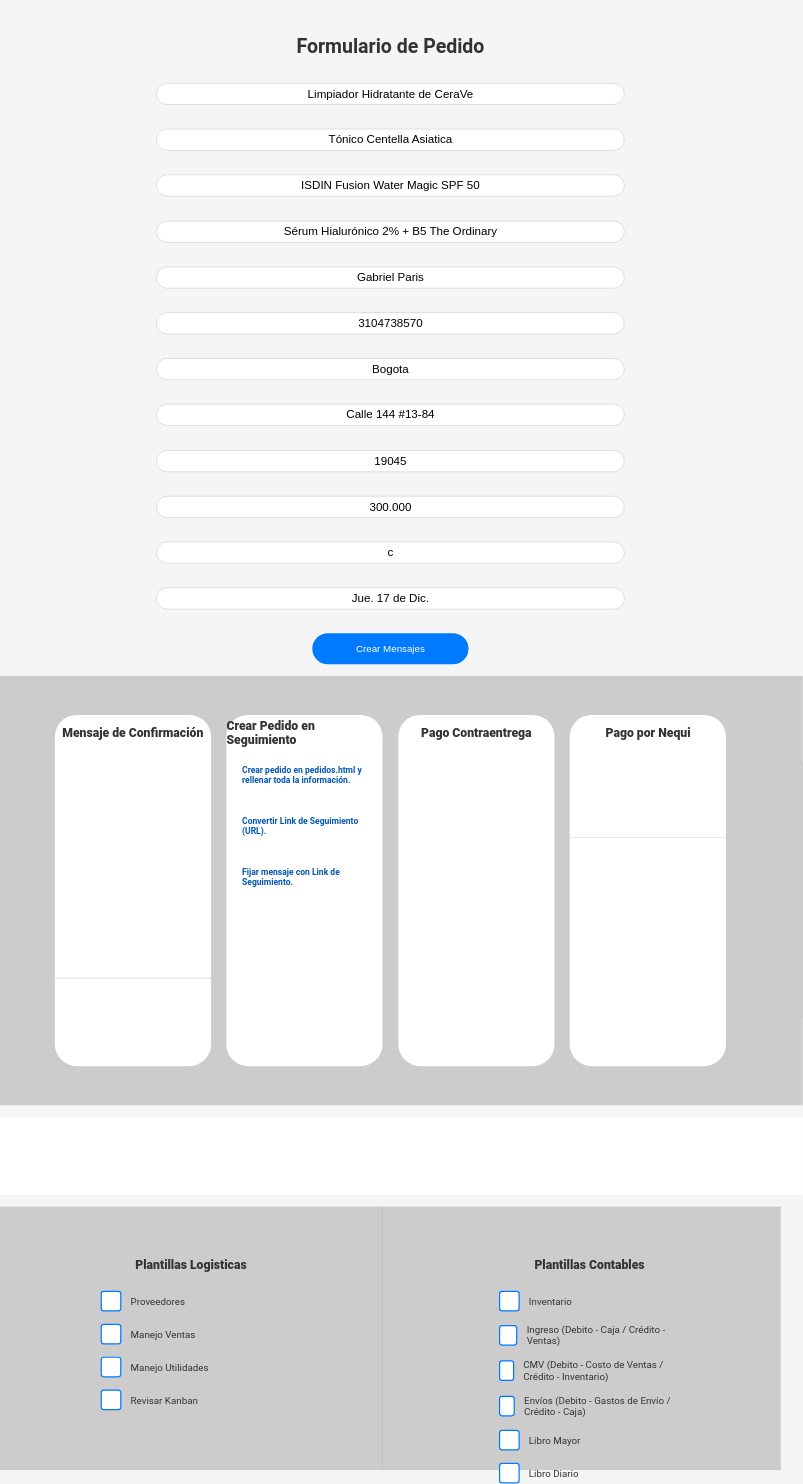
Repository: aCoupon0/intranet
Page: 1/venta-1.html
An editor plug-in stored every save of this project. The page is shown before and after the next save, followed by the edit.
The browser window is 1280 px wide. The page is 1316 px wide, so the pictures cover 1316 px, including what lies to the right of the window. The pictures show the whole page, at 61% of full size.

Above is the page before, as saved 2024-12-09 16:23:32.

### 1/venta-1.html
<!DOCTYPE html>
<html lang="es">

<head>
    <meta charset="UTF-8">
    <meta name="viewport" content="width=device-width, initial-scale=1.0">
    <title>Intranet DermaBox</title>
    <link rel="stylesheet" href="../css/venta.css">
</head>

<body>
    <h1>Formulario de Pedido</h1>

    <!-- Inputs para los productos -->
    <input type="text" id="input-limpiador" class="input-texto" placeholder="Limpiador" value="Limpiador Hidratante de CeraVe">
    <input type="text" id="input-hidratante" class="input-texto" placeholder="Hidratante" value="Tónico Centella Asiatica">
    <input type="text" id="input-bloqueador" class="input-texto" placeholder="Bloqueador" value="ISDIN Fusion Water Magic SPF 50">
    <input type="text" id="input-potenciador" class="input-texto" placeholder="Potenciador" value="Sérum Hialurónico 2% + B5 The Ordinary">

    <!-- Inputs para los datos del cliente -->
    <input type="text" id="input-nombre" class="input-texto" placeholder="Nombre" value="Gabriel Paris">
    <input type="text" id="input-celular" class="input-texto" placeholder="Celular" value="3104738570">
    <input type="text" id="input-ciudad" class="input-texto" placeholder="Ciudad" value="Bogota">
    <input type="text" id="input-direccion" class="input-texto" placeholder="Dirección" value="Calle 144 #13-84">

    <!-- Inputs para código, cobro y método -->
    <input type="text" id="input-codigo" class="input-texto" placeholder="Código" value="19045">
    <input type="text" id="input-cobro" class="input-texto" placeholder="Cobro" value="300.000">
    <input type="text" id="input-metodo" class="input-texto" placeholder="Método de Pago" value="c">
    <input type="text" id="input-fecha" class="input-texto" placeholder="Fecha de Llegada" value="Jue. 17 de Dic.">

    <!-- Botón para enviar -->
    <button id="boton-enviar" class="boton-enviar">Crear Mensajes</button>

    <div class="primera-fase">
        <div class="section-dual">
            <div class="section-dual-title">Mensaje de Confirmación</div>
            <div class="section-dual-1"></div>
            <div class="section-dual-2"></div>
        </div>
        <div class="section-dual">
            <div class="section-dual-title">Crear Pedido en Seguimiento</div>
            <div class="section-dual-instruction">Crear pedido en pedidos.html y rellenar toda la información.</div>
            <div class="section-dual-instruction">Convertir Link de Seguimiento (URL).</div>
            <div class="section-dual-instruction">Fijar mensaje con Link de Seguimiento.</div>
        </div>
        <div class="section-dual">
            <div class="section-dual-title">Pago Contraentrega</div>
            <div class="section-dual-3"></div>
        </div>
        <div class="section-dual">
            <div class="section-dual-title">Pago por Nequi</div>
            <div class="section-dual-4"></div>
            <div class="section-dual-5"></div>
        </div>

    </div>

    <div class="segunda-fase">

    </div>

    <div class="tercera-fase">
        <div class="tercera-fase-1">
            <p class="tercera-title">Plantillas Logisticas</p>
            <div class="instruccion-logistica">
                <div class="checkbox" onclick="toggleCheckbox(this)"></div>
                <div class="instruccion">Proveedores</div>
            </div>
            <div class="instruccion-logistica">
                <div class="checkbox" onclick="toggleCheckbox(this)"></div>
                <div class="instruccion">Manejo Ventas</div>
            </div>
            <div class="instruccion-logistica">
                <div class="checkbox" onclick="toggleCheckbox(this)"></div>
                <div class="instruccion">Manejo Utilidades</div>
            </div>
            <div class="instruccion-logistica">
                <div class="checkbox" onclick="toggleCheckbox(this)"></div>
                <div class="instruccion">Revisar Kanban</div>
            </div>
        </div>
        <div class="tercera-fase-2">
            <p class="tercera-title">Plantillas Contables</p>
            <div class="instruccion-logistica">
                <div class="checkbox" onclick="toggleCheckbox(this)"></div>
                <div class="instruccion">Inventario</div>
            </div>
            <div class="instruccion-logistica">
                <div class="checkbox" onclick="toggleCheckbox(this)"></div>
                <div class="instruccion">Ingreso (Debito - Caja  /  Crédito - Ventas)</div>
            </div>
            <div class="instruccion-logistica">
                <div class="checkbox" onclick="toggleCheckbox(this)"></div>
                <div class="instruccion">CMV (Debito - Costo de Ventas  /  Crédito - Inventario)</div>
            </div>
            <div class="instruccion-logistica">
                <div class="checkbox" onclick="toggleCheckbox(this)"></div>
                <div class="instruccion">Envíos (Debito - Gastos de Envío  /  Crédito - Caja)</div>
            </div>
            <div class="instruccion-logistica">
                <div class="checkbox" onclick="toggleCheckbox(this)"></div>
                <div class="instruccion">Libro Mayor</div>
            </div>
            <div class="instruccion-logistica">
                <div class="checkbox" onclick="toggleCheckbox(this)"></div>
                <div class="instruccion">Libro Diario</div>
            </div>
        </div>
    </div>

    <script src="../js/ventas-shared.js"></script>
</body>

</html>

### css/venta.css
body {
    font-family: 'Roboto', system-ui, -apple-system, BlinkMacSystemFont, 'Segoe UI', sans-serif;
    margin: 0;
    padding: 0;
    display: flex;
    justify-content: center;
    align-items: center;
    height: auto;
    flex-direction: column;
    background-color: #f5f5f5;
    color: #333;
    gap: 1.5vw;
    padding-top: 5vh;
}

input {
    width: 60vw; /* Ocupa el 80% del ancho del contenedor */
    height: 5vh; /* Altura dinámica según el viewport */
    padding: 5px;
    font-size: 19px;
    border: 1px solid #ccc;
    border-radius: 5vw;
    margin-bottom: 20px; /* Separación del botón */
    box-sizing: border-box;
    text-align: center;
}

.boton-enviar {
    width: 20%; /* Mismo ancho que el input */
    padding: 10px;
    height: 7vh; /* Misma altura que el input */
    font-size: 1rem;
    background-color: #007BFF;
    color: white;
    border: none;
    border-radius: 5vw;
    cursor: pointer;
    transition: background-color 0.3s;
    text-align: center;
}

.boton-enviar:hover {
    background-color: #0056b3;
}


.primera-fase {
    width: 100%;
    height: auto;
    padding: 5% 5vh 5% 5vh;
    display: flex;
    justify-content: center;
    align-content: center;
    background-color: #ccc;
    flex-direction: row;
    gap: 2%;
}

.section-dual {
    width: 20%;
    height: 80vh;
    border-radius: 5vh;
    display: flex;
    flex-direction: column;
    background-color: #ffffff;
    justify-content: flex-start;
    align-items: center;
}

.section-dual-title {
    width: 100%;
    height: 10%;
    display: flex;
    justify-content: center;
    align-items: center;
    font-size: 20px;
    font-weight: 800;
}

.section-dual-instruction {
    width: 100%;
    height: auto;
    display: flex;
    justify-content: flex-start;
    align-items: center;
    font-size: 14px;
    font-weight: 600;
    padding: 10%;
    box-sizing: border-box;
    color: #0056b3;
}

.section-dual-1 {
    width: 100%;
    height: 65%;
    border-bottom: 1px solid rgba(128, 128, 128, 0.339);
    display: flex;
    justify-content: flex-start;
    align-items: center;
    text-align: left;
    box-sizing: border-box;
    font-size: 13px;
    font-weight: 400;
    padding: 5%;
}


.section-dual-2 {
    width: 100%;
    height: 25%;
    display: flex;
    justify-content: flex-start;
    align-items: center;
    text-align: left;
    box-sizing: border-box;
    font-size: 13px;
    font-weight: 400;
    padding: 5%;
}

.section-dual-3 {
    width: 100%;
    height: 75%;
    display: flex;
    justify-content: flex-start;
    align-items: center;
    text-align: left;
    flex-direction: column;
    box-sizing: border-box;
    font-size: 13px;
    font-weight: 400;
    padding: 5%;
}

.section-dual-4 {
    width: 100%;
    height: 25%;
    border-bottom: 1px solid rgba(128, 128, 128, 0.339);
    display: flex;
    justify-content: flex-start;
    align-items: center;
    text-align: left;
    box-sizing: border-box;
    font-size: 13px;
    font-weight: 400;
    padding: 5%;
}


.section-dual-5 {
    width: 100%;
    height: 65%;
    display: flex;
    justify-content: flex-start;
    align-items: center;
    text-align: left;
    box-sizing: border-box;
    font-size: 13px;
    font-weight: 400;
    padding: 5%;
    flex-direction: column;
}


.segunda-fase {
    width: 100%;
    height: auto;
    padding: 5% 5vh 5% 5vh;
    display: flex;
    justify-content: center;
    align-content: center;
    background-color: #ffffff;
    flex-direction: column;
}

.producto-item {
    display: flex;
    align-items: center;
    justify-content: center;
    width: 100%;
    height: auto;
    padding: 3% 10% 3% 10%;
    box-sizing: border-box;
}

.producto-checkbox {
    width: 50px; /* Tamaño de la checkbox */
    height: 50px; /* Tamaño de la checkbox */
    cursor: pointer; /* Cambia el cursor para indicar interactividad */
    display: flex;
    justify-content: center;
    align-items: center;
}

.producto-checkbox input[type="checkbox"] {
    width: 25px; /* Ancho del área del checkbox */
    height: 25px; /* Alto del área del checkbox */
    cursor: pointer; /* Cambia el cursor para indicar interactividad */
    accent-color: #007BFF; /* Cambia el color del checkbox (en navegadores compatibles) */
    margin-right: 10px; /* Espacio entre el checkbox y el texto */
}

.producto-item span {
    font-size: 18px; /* Tamaño del texto */
    line-height: 1.5; /* Espaciado para mejor lectura */
    font-weight: 800; /* Peso de la fuente para hacerla más visible */
    color: #333; /* Color del texto */
    font-size: 30px;
}




.tercera-fase {
    width: 100%;
    height: auto;
    display: flex;
    justify-content: center;
    align-content: center;
    flex-direction: row;
    background-color: #ccc;
    flex-direction: row;
    gap: 2%;
}


.tercera-fase-1 {
    width: 50%;
    height: 60vh;
    border-right: 1px solid rgb(184, 184, 184);
    display: flex;
    justify-content: flex-start;
    align-items: center;
    flex-direction: column;
    padding: 5% 10% 5% 10%;
    box-sizing: border-box;
    text-align: left;
}

.tercera-fase-2 {
    width: 50%;
    height: 60vh;
    display: flex;
    justify-content: flex-start;
    align-items: center;
    flex-direction: column;
    padding: 5% 10% 5% 10%;
    box-sizing: border-box;
    text-align: left;
}

.tercera-title {
    font-size: 20px;
    font-weight: 800;
}


.instruccion-logistica {
    display: flex; /* Alinea los elementos horizontalmente */
    align-items: center; /* Centra los elementos verticalmente */
    width: 80%; /* Ancho del contenedor */
    height: auto; /* Altura automática */
    margin: 10px 0; /* Espaciado vertical */
}

/* Checkbox personalizado */
.checkbox {
    width: 30px; /* Tamaño del checkbox */
    height: 30px;
    background-color: white; /* Color inicial (blanco) */
    border: 2px solid #007BFF; /* Borde azul */
    border-radius: 5px; /* Bordes redondeados */
    cursor: pointer; /* Cambia el cursor al pasar por encima */
    margin-right: 15px; /* Espaciado respecto al texto */
    transition: background-color 0.3s ease; /* Animación al cambiar el color */
}

/* Instrucción a la derecha */
.instruccion {
    font-size: 16px; /* Tamaño de fuente */
    color: #333; /* Color del texto */
}

### js/ventas-shared.js
document.getElementById("boton-enviar").addEventListener("click", () => {
    const nombre = document.getElementById("input-nombre").value.trim();
    const codigo = document.getElementById("input-codigo").value.trim();
    const limpiador = document.getElementById("input-limpiador").value.trim();
    const hidratante = document.getElementById("input-hidratante").value.trim();
    const bloqueador = document.getElementById("input-bloqueador").value.trim();
    const potenciador = document.getElementById("input-potenciador").value.trim();
    const ciudad = document.getElementById("input-ciudad").value.trim();
    const direccion = document.getElementById("input-direccion").value.trim();
    const cobro = document.getElementById("input-cobro").value.trim();

    // Construir el mensaje con saltos de línea en HTML
    let mensaje = `Hola *${nombre}*.<br><br>Gracias por tu compra en DermaBox. Tu pedido *#${codigo}* ha sido confirmado y está en preparación.<br><br>Por favor confirma los siguientes datos:<br><br>*Pedido*<br>`;

    if (limpiador) mensaje += ` - *${limpiador}*<br>`;
    if (hidratante) mensaje += ` - *${hidratante}*<br>`;
    if (bloqueador) mensaje += ` - *${bloqueador}*<br>`;
    if (potenciador) mensaje += ` - *${potenciador}*<br>`;
    if (cobro) mensaje += ` - *${cobro}*<br>`;

    mensaje += `<br>*Información del Cliente*<br>`;
    if (nombre) mensaje += ` - *${nombre}*<br>`;
    if (ciudad) mensaje += ` - *${ciudad}*<br>`;
    if (direccion) mensaje += ` - *${direccion}*<br>`;


    // Mostrar el mensaje en el div correspondiente
    const sectionDual1 = document.querySelector(".section-dual-1");
    sectionDual1.innerHTML = mensaje; // Asignar el HTML con saltos de línea


    // Construir el mensaje para section-dual-2
    const mensaje2 = `Para hacer el envío necesitamos los siguientes datos:<br><br> - Número de cédula<br> - Detalles de dirección (Casa, Conjunto, Edificio...)<br>`;

    // Mostrar el mensaje en section-dual-2
    const sectionDual2 = document.querySelector(".section-dual-2");
    sectionDual2.innerHTML = mensaje2;



    const metodoPago = document.querySelector("#input-metodo").value;
    const fechaLlegada = document.querySelector("#input-fecha").value; // Asegúrate de que esta variable obtenga el input correcto para la fecha.
    const linkSeguimiento = "https://tu-link-de-seguimiento.com"; // Proporciona aquí el link de seguimiento.

    if (metodoPago === "n") {
        // Rellenar section-dual-4
        const sectionDual4 = document.querySelector(".section-dual-4");
        sectionDual4.innerHTML = `
            Perfecto!<br>
            Indicaste que preferías el pago por Nequi, aquí tienes los datos para realizar el envío:
        `;

        // Rellenar section-dual-5
        const sectionDual5 = document.querySelector(".section-dual-5");
        sectionDual5.innerHTML = `
            Super!<br>
            Tu DermaBox está en camino y llegará aproximadamente el *${fechaLlegada}*. Aquí está el
            <a href="${linkSeguimiento}" target="_blank">*Link de Seguimiento*</a>.<br>
            Aquí puedes revisar nuevamente cómo aplicar tu rutina, acceder al *Qué Hacer Hoy* y muchas más cosas.<br>
            Dicho esto, muchas gracias por confiar en nosotros. Estaremos atentos a cualquier pregunta que puedas tener.<br>
            Y no te olvides de seguir las precauciones recomendadas.<br>
            ¡Hasta Pronto!
        `;
    } else if (metodoPago === "c") {
        // Rellenar section-dual-5
        const sectionDual3 = document.querySelector(".section-dual-3");
        sectionDual3.innerHTML = `
            Super!<br>
            Tu DermaBox está en camino y llegará aproximadamente el *${fechaLlegada}*.<br>
            Recuerda tener el dinero preparado o dejarlo en casa si no estarás presente al momento de la entrega.<br>
            Aquí está el <a href="${linkSeguimiento}" target="_blank">Link de Seguimiento</a>, aquí puedes revisar nuevamente la rutina, acceder al *Qué Hacer Hoy* y muchas más cosas.<br>
            Dicho esto, muchas gracias por confiar en nosotros. Estaremos atentos a cualquier pregunta que puedas tener.<br>
            ¡Hasta Pronto!
        `;
    }





    const segundaFase = document.querySelector(".segunda-fase");
    segundaFase.innerHTML = ""; // Limpia el contenido existente antes de agregar la lista.

    // Inputs de los productos
    const productos = [
        { id: "input-limpiador", nombre: "Limpiador" },
        { id: "input-hidratante", nombre: "Hidratante" },
        { id: "input-bloqueador", nombre: "Bloqueador" },
        { id: "input-potenciador", nombre: "Potenciador" },
    ];

    // Crear una lista dinámica
    productos.forEach(producto => {
        const valor = document.querySelector(`#${producto.id}`).value.trim();

        if (valor) {
            // Crear un contenedor para cada item
            const itemContainer = document.createElement("div");
            itemContainer.className = "producto-item";
            itemContainer.style.display = "flex";
            itemContainer.style.alignItems = "center";
            itemContainer.style.marginBottom = "8px";

            // Crear la checkbox
            const checkbox = document.createElement("input");
            checkbox.type = "checkbox";
            checkbox.className = "producto-checkbox";
            checkbox.style.marginRight = "10px";

            // Crear el texto del producto
            const texto = document.createElement("span");
            texto.textContent = valor;

            // Agregar checkbox y texto al contenedor
            itemContainer.appendChild(checkbox);
            itemContainer.appendChild(texto);

            // Agregar el contenedor a la segunda-fase
            segundaFase.appendChild(itemContainer);
        }
    });
});



// Función para alternar el color del checkbox
function toggleCheckbox(element) {
    // Cambia el color del fondo según el estado actual
    if (element.style.backgroundColor === "rgb(0, 123, 255)") {
        element.style.backgroundColor = "white"; // Vuelve al color blanco
    } else {
        element.style.backgroundColor = "#007BFF"; // Cambia al azul
    }
}

After the next save:
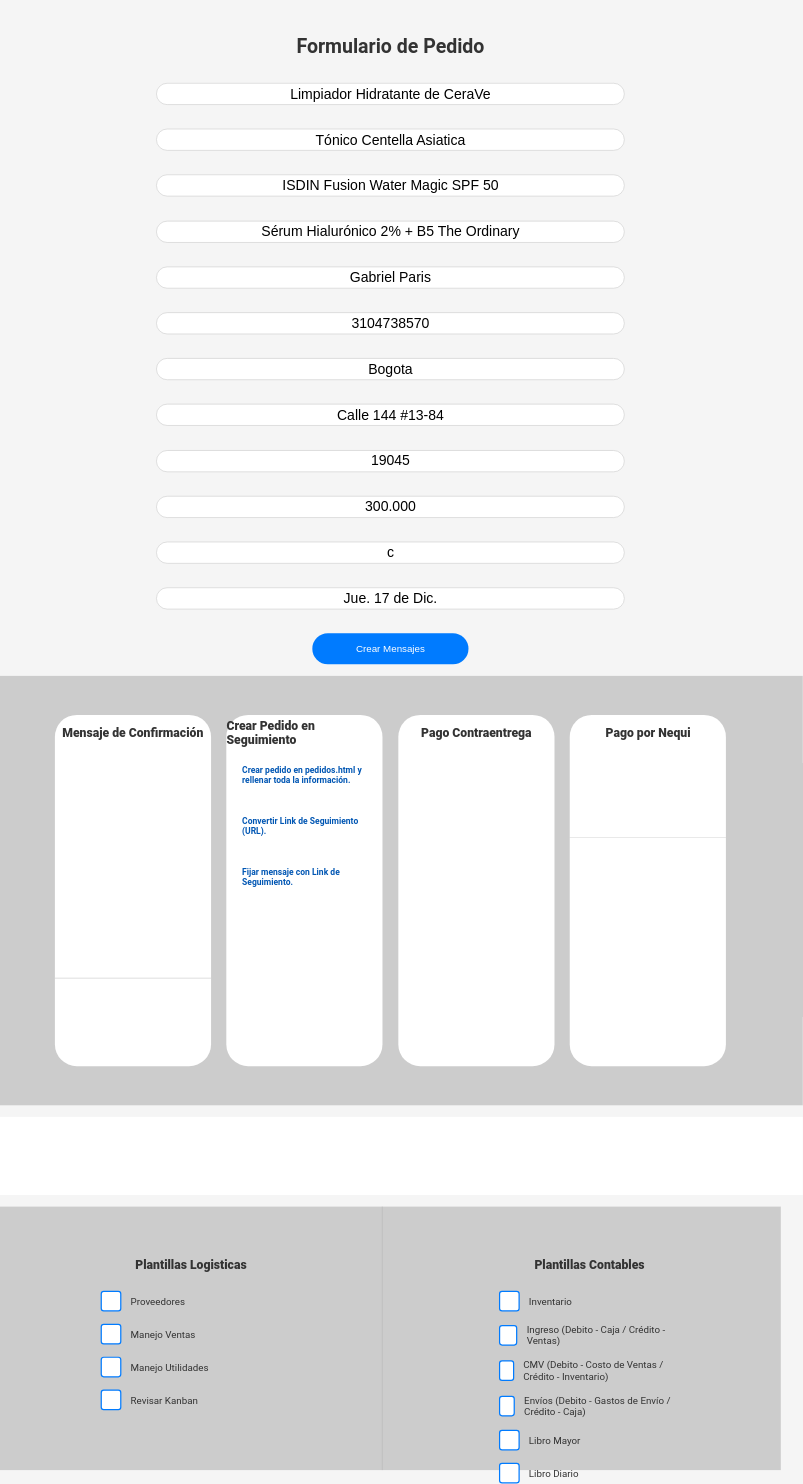
Saved 9 s later.
--- a/css/venta.css
+++ b/css/venta.css
@@ -17,7 +17,7 @@
     width: 60vw; /* Ocupa el 80% del ancho del contenedor */
     height: 5vh; /* Altura dinámica según el viewport */
     padding: 5px;
-    font-size: 19px;
+    font-size: 23px;
     border: 1px solid #ccc;
     border-radius: 5vw;
     margin-bottom: 20px; /* Separación del botón */
